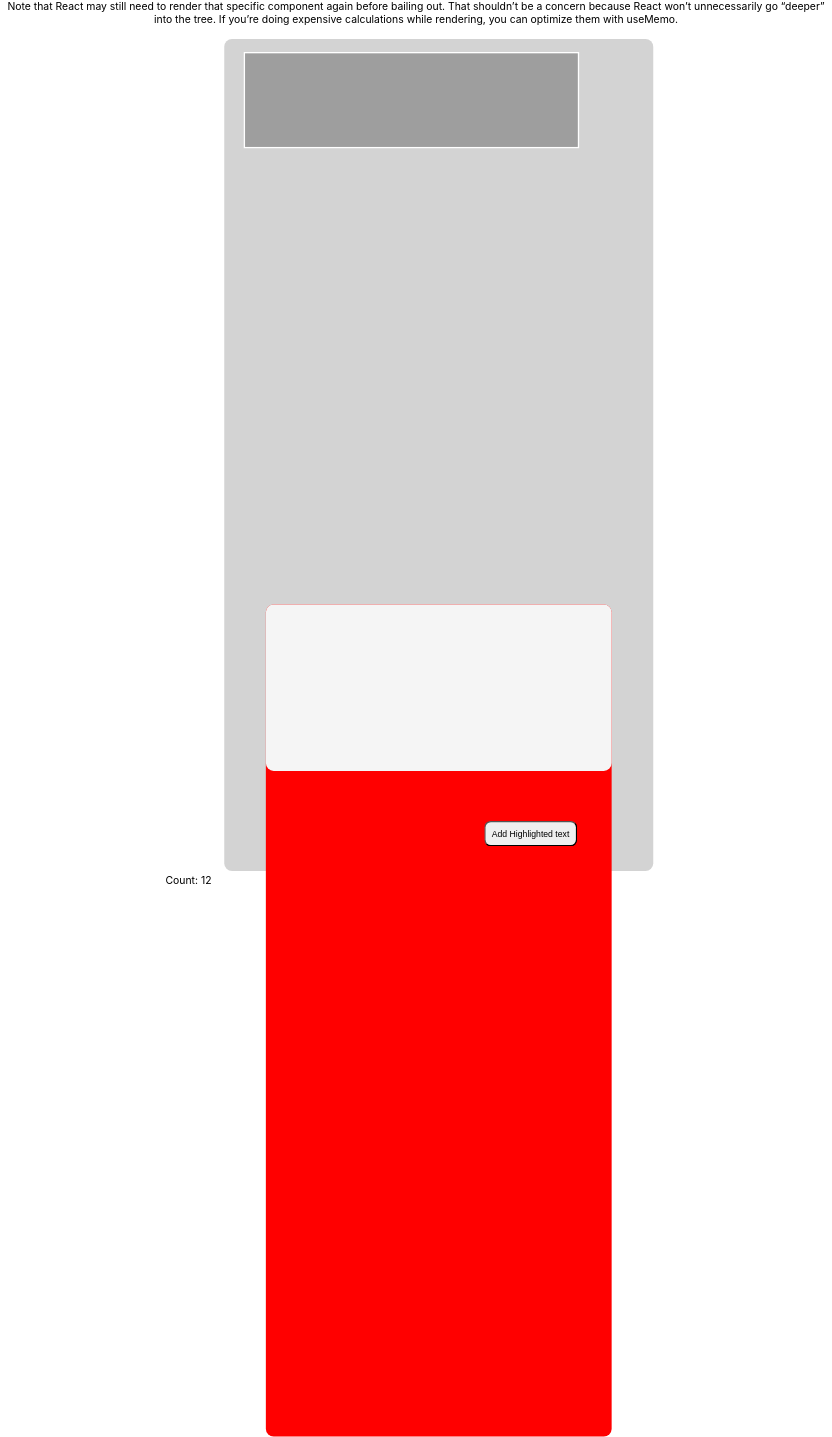
Repository: Farbod29/React-text-highlighter-with-hook-
Page: /
An editor plug-in stored every save of this project. The page is shown before and after the next save, followed by the edit.
The browser window is 1280 px wide. The pictures show the whole page, at 65% of full size.
Pictures or frames that could not be fetched are drawn as grey boxes. The project was rebuilt for these pictures with package versions that can differ from the ones it lists, and the page was loaded fresh each time.

Above is the page before, as saved 2022-02-18 23:00:03.

After the next save:
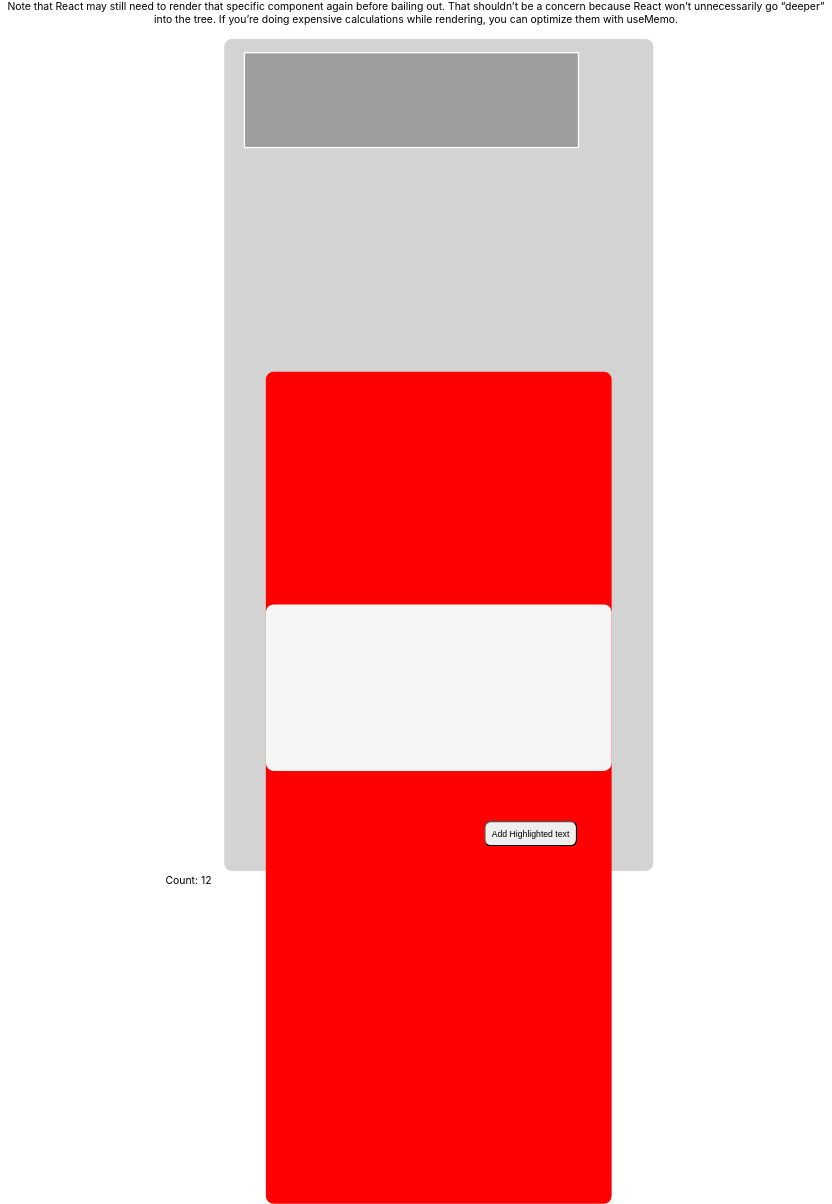
Saved 10 s later.
--- a/src/highlighter.js
+++ b/src/highlighter.js
@@ -53,7 +53,7 @@ export default function Highlighter() {
             height: '100vw',
             width: '40vw',
             left: '5vw',
-            top: '68vw',
+            top: '40vw',
             borderRadius: '12px',
             position: 'absolute',
           }}
